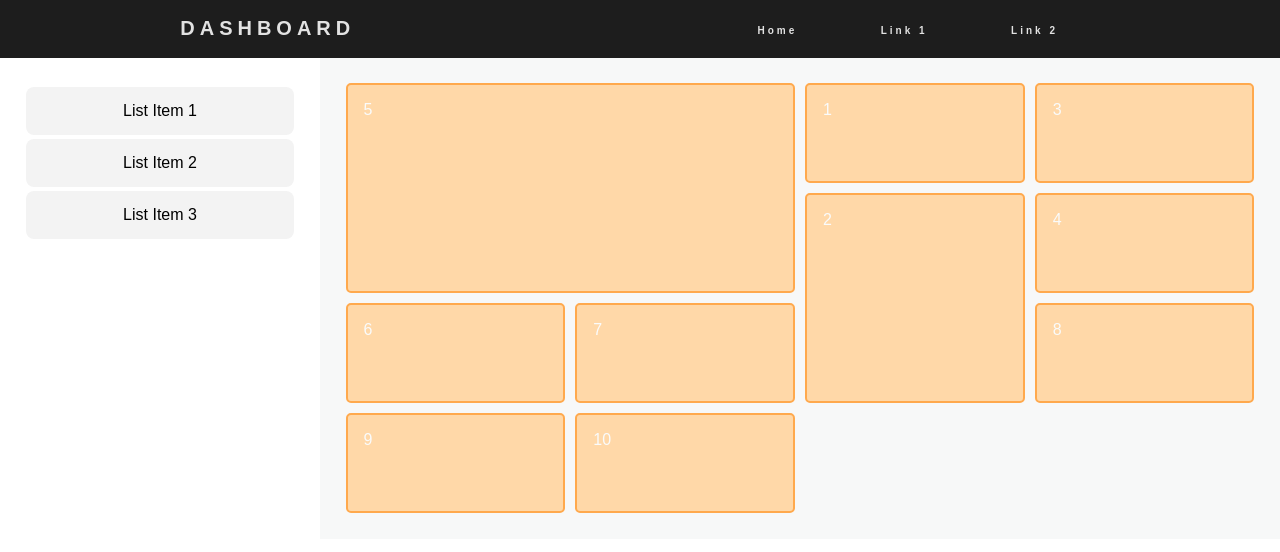
Repository: nourabdelhakam/drag-drop
Page: index.html
An editor plug-in stored every save of this project. The page is shown before and after the next save, followed by the edit.
The browser window is 1280 px wide. The pictures show the whole page.

Above is the page before, as saved 2020-07-03 11:15:28.

After the next save:
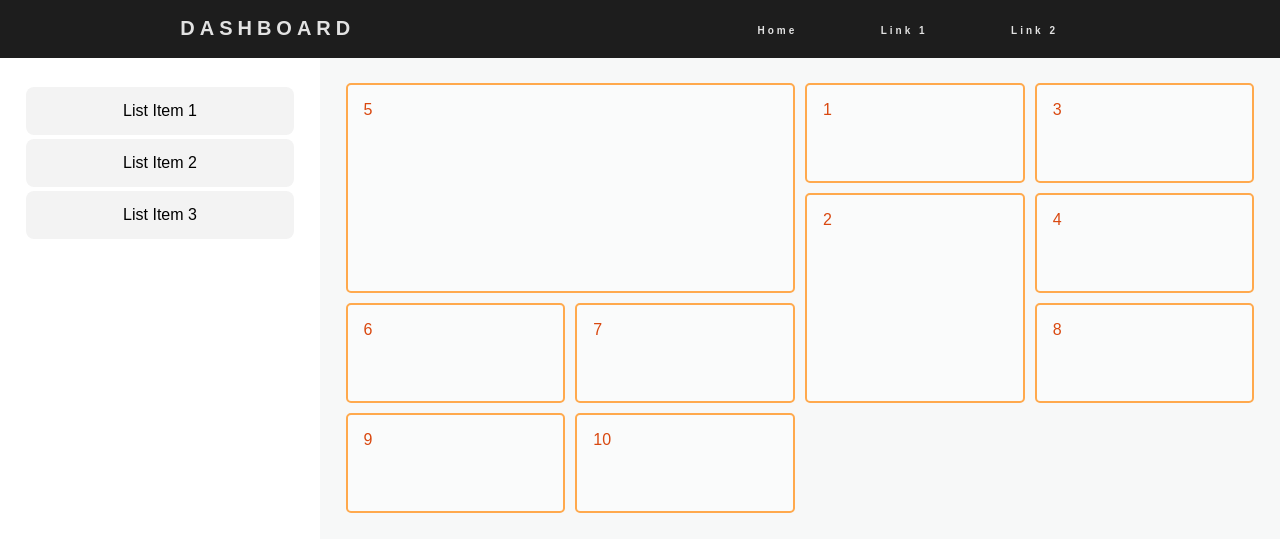
Saved 17 s later.
--- a/css/main.css
+++ b/css/main.css
@@ -62,9 +62,9 @@ body {
 .wrapper > div {
     border: 2px solid #ffa94d;
     border-radius: 5px;
-    background-color: #ffd8a8;
+    background-color: #FAFBFB;
     padding: 1em;
-    color: #FAFBFB;
+    color: #d9480f;
 }
 .wrapper {
   display: grid;
